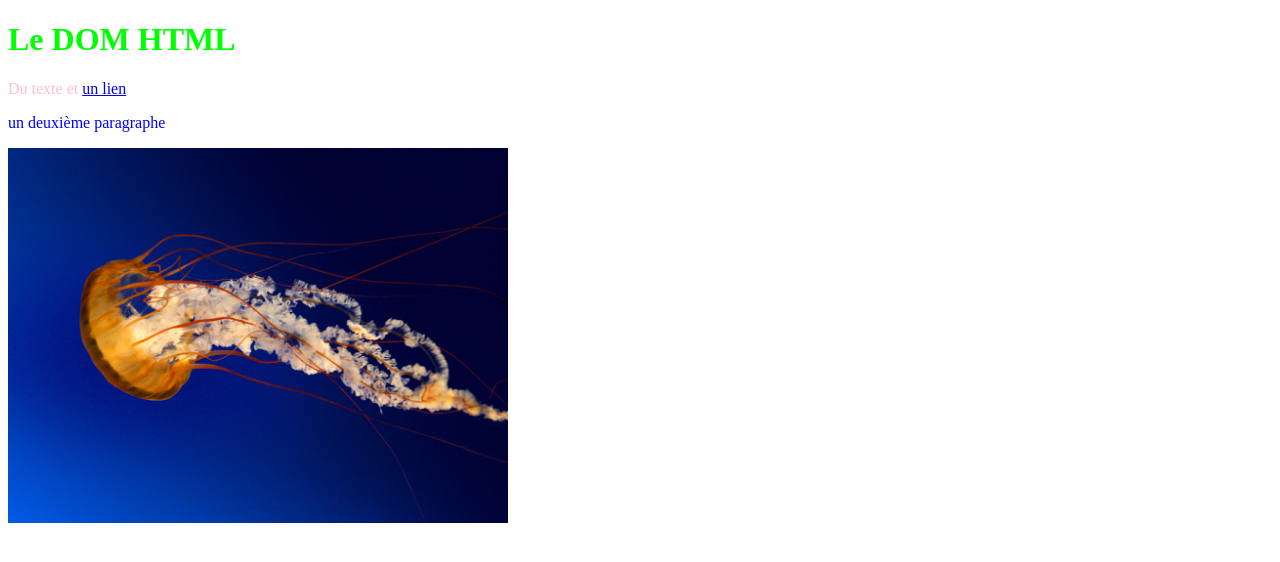
Repository: serviceshuios/-git-reference-java-lyon-worspace
Page: workspaceWeb/HtmlCssJavascript/WebContent/ModificationsDocumentEtElement.html
The author's editor kept a copy of each file at every save. The page is drawn from the files as they stood at one save, then again after the next save.
The browser window is 1280 px wide. The pictures show the whole page.

Above is the page before, as saved 2017-04-05 12:38:58.

After the next save:
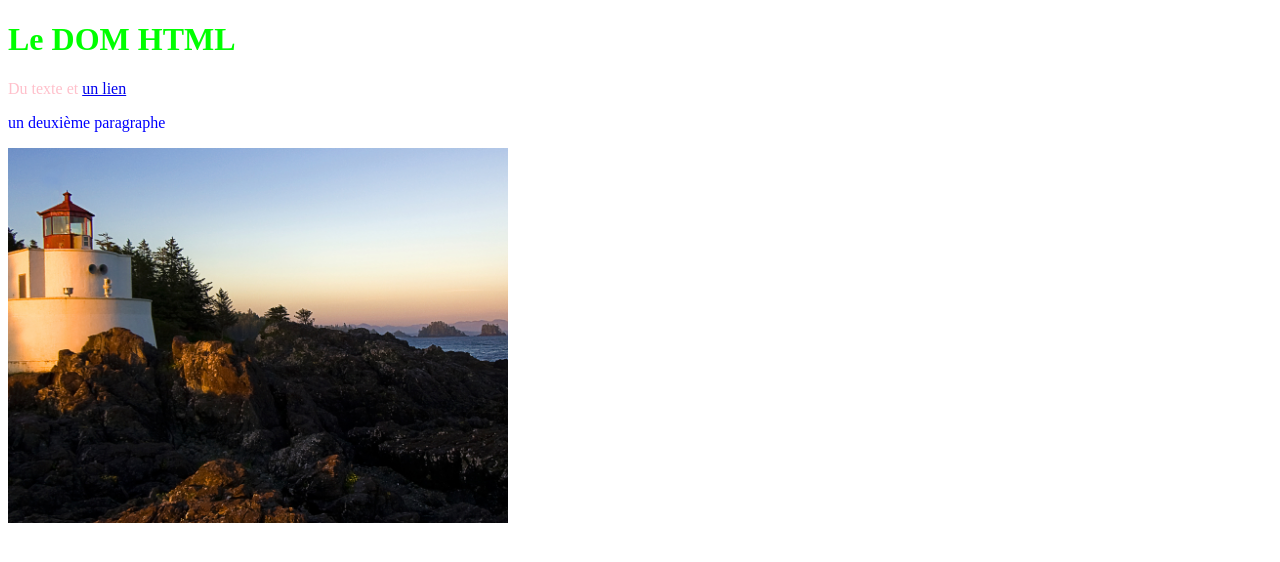
Saved 101 s later.
--- a/workspaceWeb/HtmlCssJavascript/WebContent/js/script6.js
+++ b/workspaceWeb/HtmlCssJavascript/WebContent/js/script6.js
@@ -2,3 +2,4 @@ document.getElementById("gros_titre").innerHTML +=" HTML";
 document.getElementById("gros_titre").className="styleTitre";
 document.querySelector("a").href="http://wikipedia.org";
 document.querySelector("p").className="para1";
+document.querySelector("img").src="img/Lighthouse.jpg";
